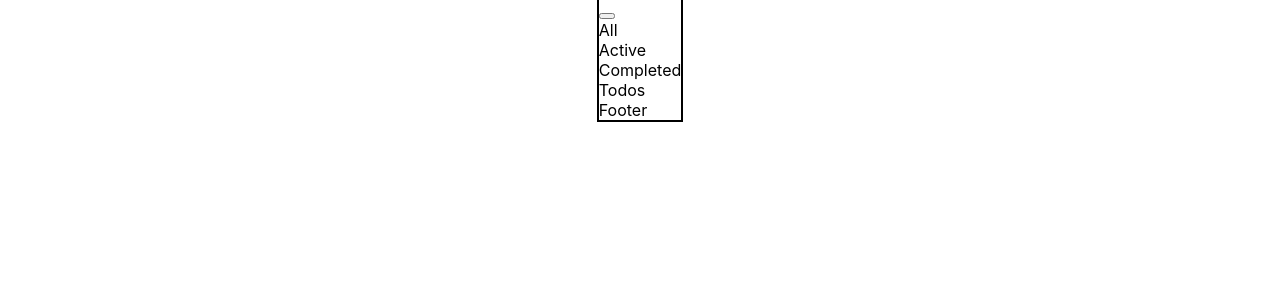
Repository: DongjaJ/React-Todo
Page: / (app in react-todo/)
An editor plug-in stored every save of this project. The page is shown before and after the next save, followed by the edit.
The browser window is 1280 px wide. The pictures show the whole page.
The project was rebuilt for these pictures with package versions that can differ from the ones it lists, and the page was loaded fresh each time.

Above is the page before, as saved 2023-05-15 13:40:11.

After the next save:
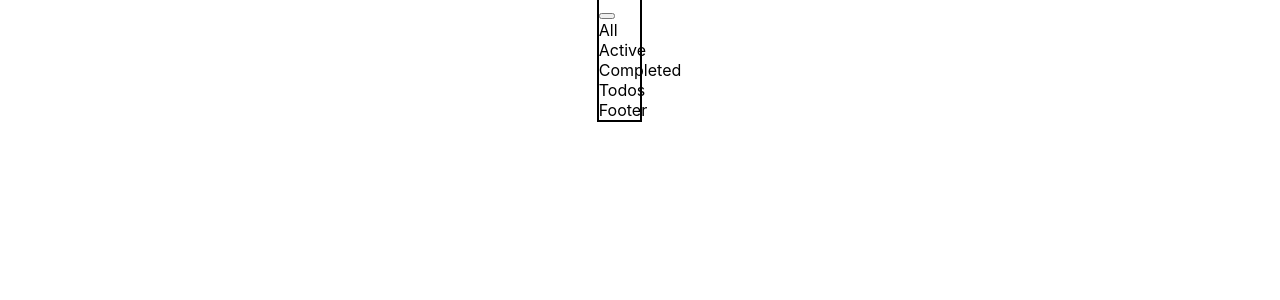
Saved 25 s later.
--- a/react-todo/src/App.css
+++ b/react-todo/src/App.css
@@ -7,6 +7,6 @@ body {
 
 .App {
 	outline: 2px solid black;
-	/* width: 50vw;
-	height: 60vh; */
+	width: 50%;
+	height: 60%;
 }
